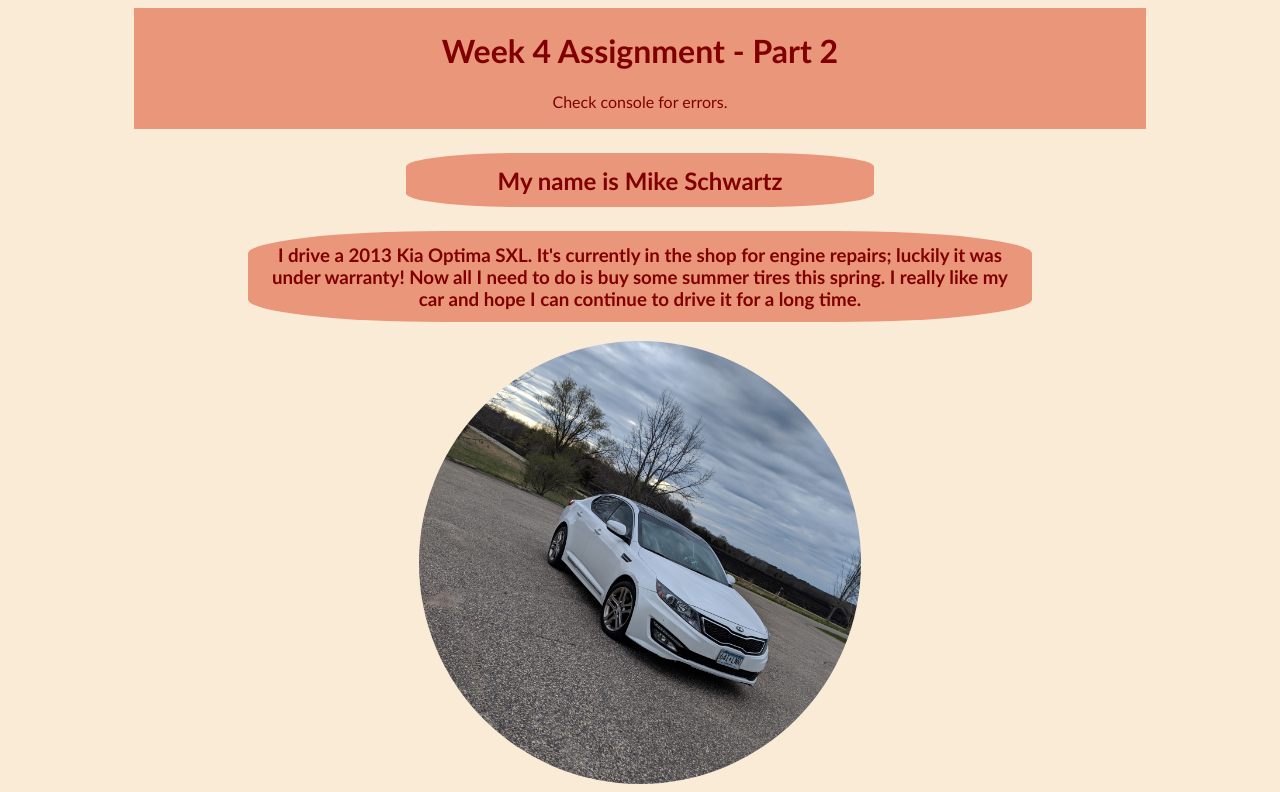
Repository: Ellusionism/prime-pw-week-4-assignment-part-2
Page: assignment/index.html
These files come from the project's save history. The page is drawn as it stood at one moment and after the next save; the edit follows.
The browser window is 1280 px wide. The pictures show the whole page.

Above is the page before, as saved 2022-11-16 18:28:10.

### assignment/index.html
<!DOCTYPE html>
<meta name="viewport" content="width=device-width">
<html lang="en-US">
  <head>
    <meta charset="utf-8">
    <title>Week 4 Assignment</title>
    <link rel="stylesheet" href="stylesheet.css">
  </head>

  <body>
    <header class="homepageHeader">
      <h1>Week 4 Assignment - Part 2</h1>
      <p>Check console for errors.</p>
  </header>

  <div>
    <h2 class="info nameInfo"> My name is Mike Schwartz </h2>
  </div>

  <h3 class="info carInfo">I drive a 2013 Kia Optima SXL. It's currently in the shop for engine repairs; luckily it was under warranty! Now all I need to do is buy some summer tires this spring. I really like my car and hope I can continue to drive it for a long time.</h3>

  <img class="carpic" src="carpic.jpeg" alt="White 2013 Kia Optima SXL" />
  </body>
</html>

### assignment/stylesheet.css
body {
 font-family:'Trebuchet MS', 'Lucida Sans Unicode', 'Lucida Grande', 'Lucida Sans', Arial, sans-serif;
 background-color:antiquewhite;
}

.carpic {
 max-width: 35%;
 display: block;
 margin: auto;
 border-radius: 50%;
}

.homepageHeader {
 background-color:darksalmon;
 text-align: center;
 max-width: 80%;
 display: block;
 margin: auto;
 padding:  2px 0;
 color: maroon;
}

.info {
 background-color:darksalmon;
 text-align: center;
 border-radius: 25%;
 padding: 1%;
 display: block;
 margin: 1em auto;
 color: maroon;
}

.nameInfo {
 max-width: 35%;
}

.carInfo {
 max-width: 60%;
}

After the next save:
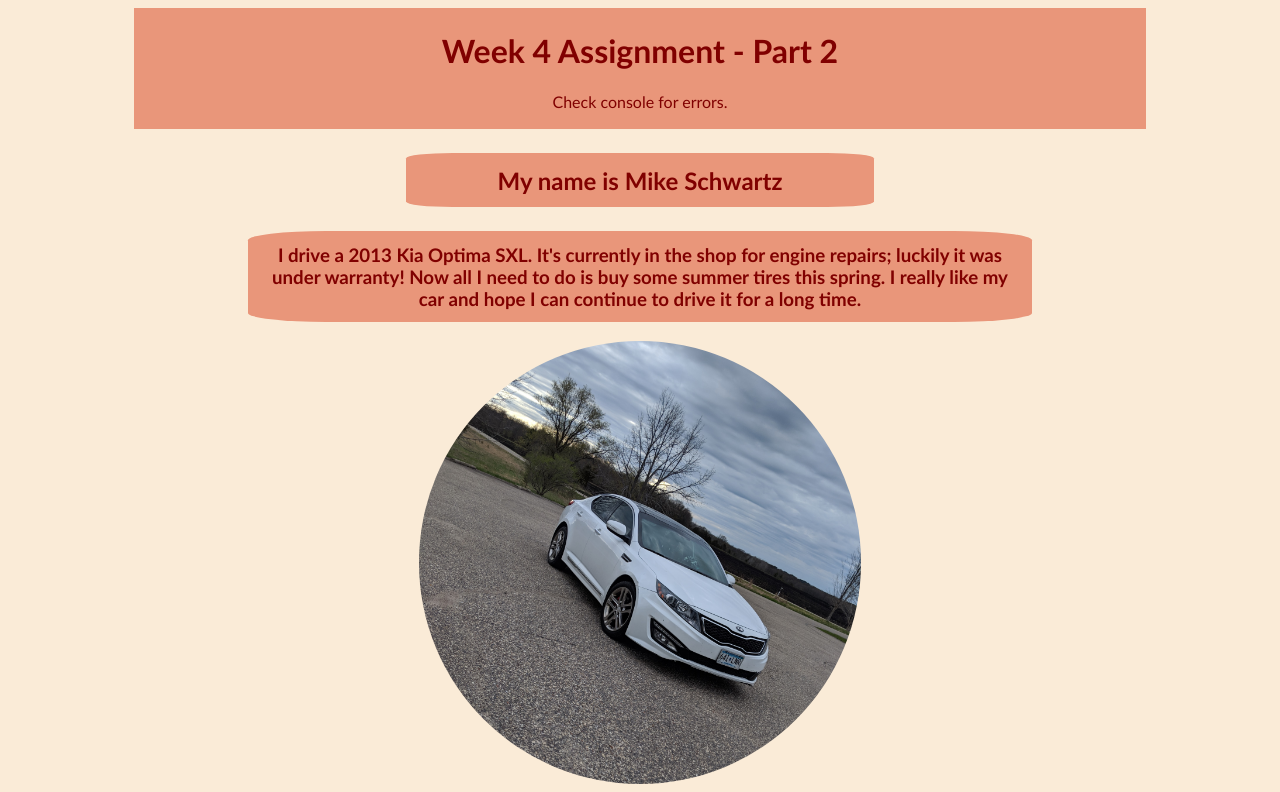
Saved 6 s later.
--- a/assignment/stylesheet.css
+++ b/assignment/stylesheet.css
@@ -23,7 +23,7 @@ body {
 .info {
  background-color:darksalmon;
  text-align: center;
- border-radius: 25%;
+ border-radius: 10%;
  padding: 1%;
  display: block;
  margin: 1em auto;
